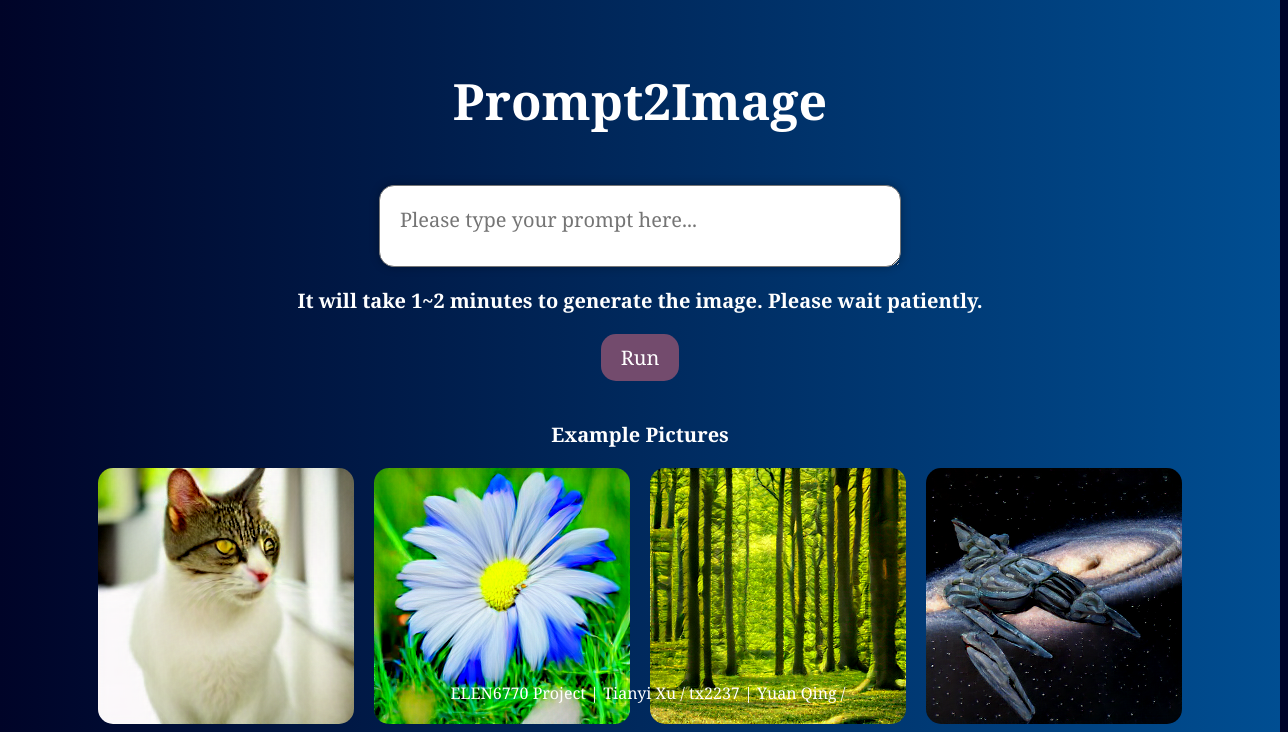
Repository: XTTTZ/Prompt2Image
Page: main4.html
These files come from the project's save history. The page is drawn as it stood at one moment and after the next save; the edit follows.
The browser window is 1280 px wide. The page is 1288 px wide, so the pictures cover 1288 px, including what lies to the right of the window. The pictures show the whole page.
The page's requests for data from a server got no answer.

Above is the page before, as saved 2023-12-01 02:21:55.

After the next save:
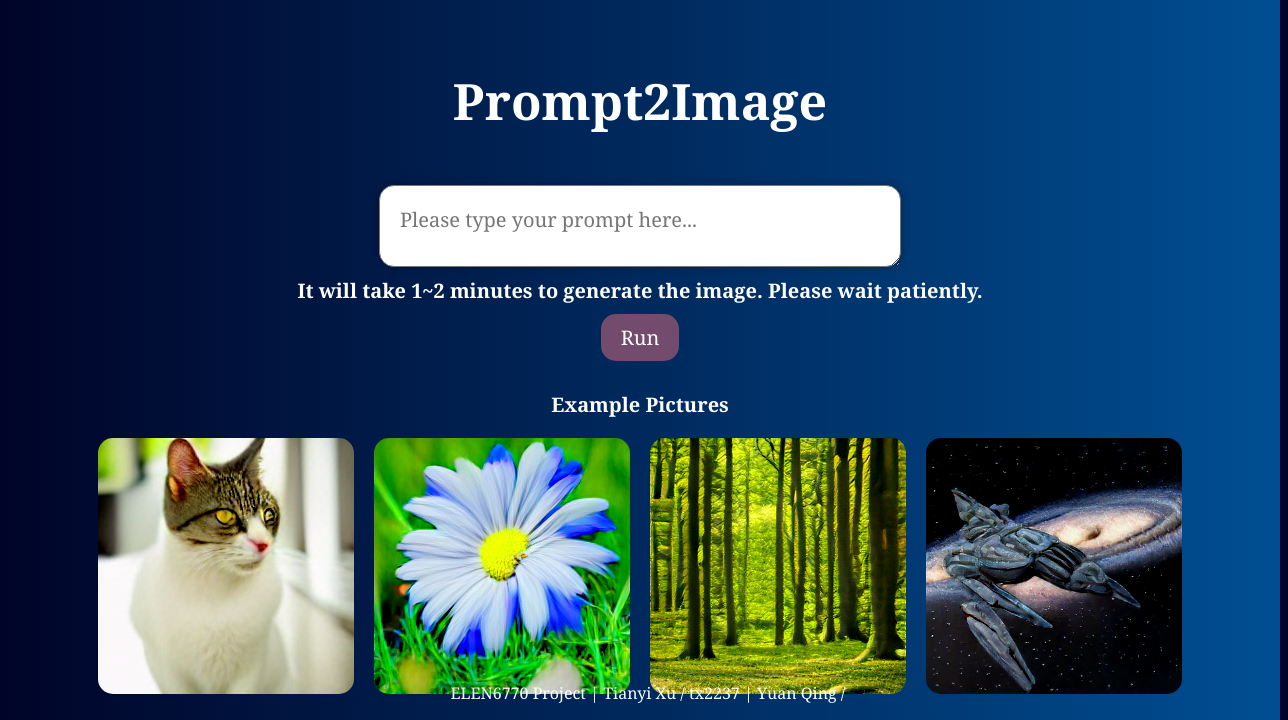
Saved 13 s later.
--- a/main4.html
+++ b/main4.html
@@ -42,7 +42,7 @@
             height: 100%;
             /* 根据需要设置高度 */
             font-size: 20px;
-            gap: 1em;
+            gap: 0.5em;
         }
 
         label {
